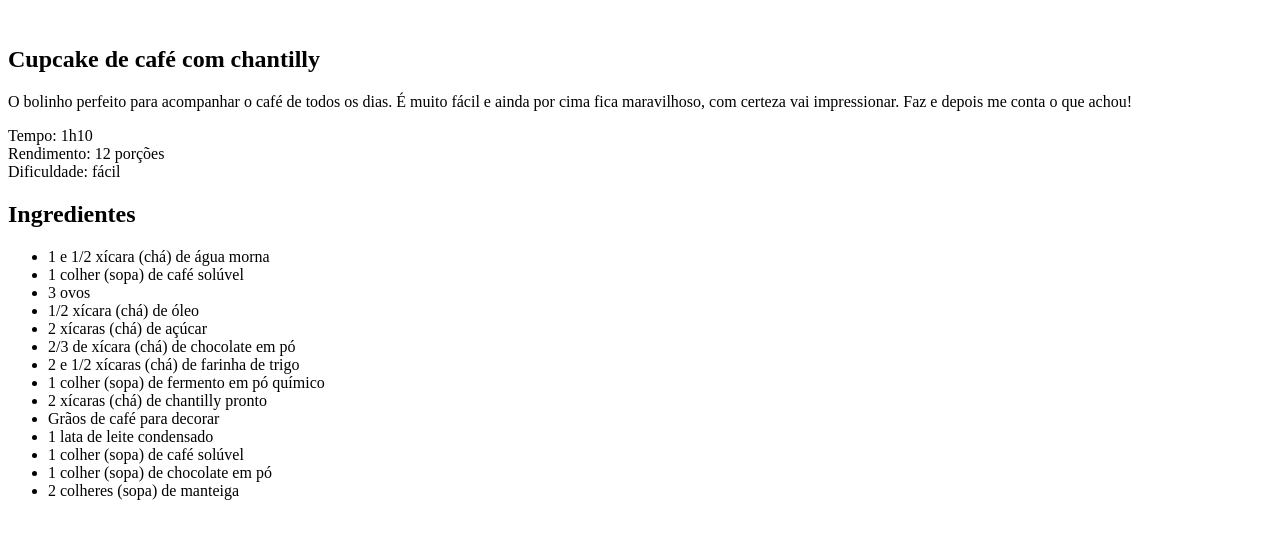
Repository: mati3110/full-stack
Page: Projeto_Receitas/index.html
These files come from the project's save history. The page is drawn as it stood at one moment and after the next save; the edit follows.
The browser window is 1280 px wide. The pictures show the whole page.

Above is the page before, as saved 2025-02-27 14:12:30.

After the next save:
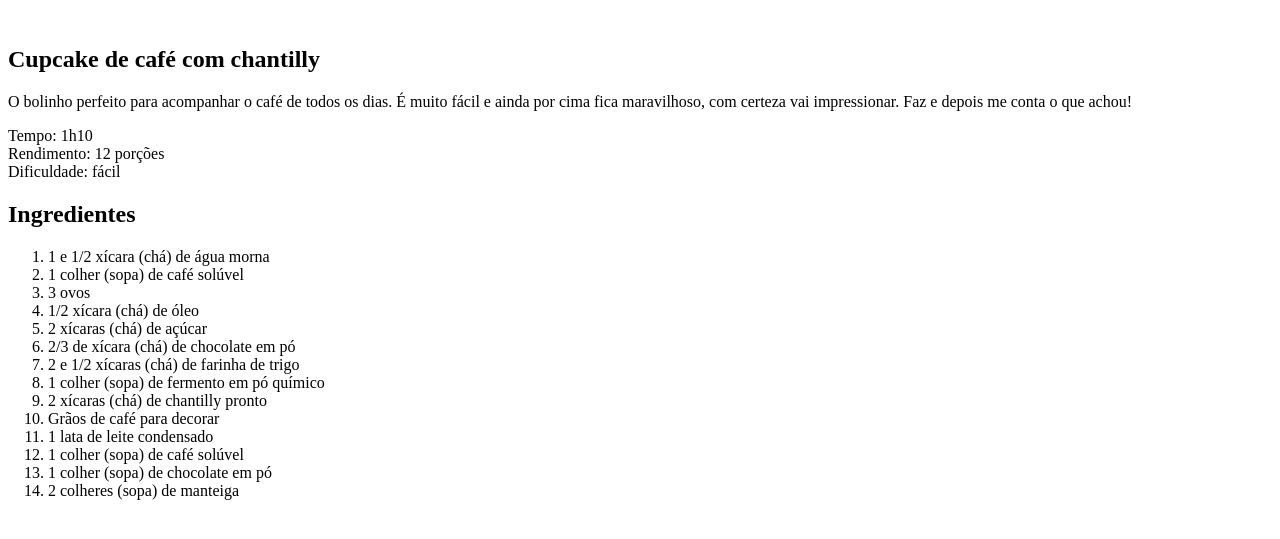
Saved 13 s later.
--- a/Projeto_Receitas/index.html
+++ b/Projeto_Receitas/index.html
@@ -23,7 +23,7 @@
                 </section>
                 <section id="ingredients">
                     <h2>Ingredientes</h2>
-                    <ul>
+                    <ol>
                         <li>1 e 1/2 xícara (chá) de água morna</li>
                         <li>1 colher (sopa) de café solúvel</li>
                         <li>3 ovos</li>
@@ -38,7 +38,7 @@
                         <li>1 colher (sopa) de café solúvel</li>
                         <li>1 colher (sopa) de chocolate em pó</li>
                         <li>2 colheres (sopa) de manteiga </li>
-                    </ul>
+                    </ol>
                 </section>
                 <section id="preparation"></section>
             </main>

After the save that followed:
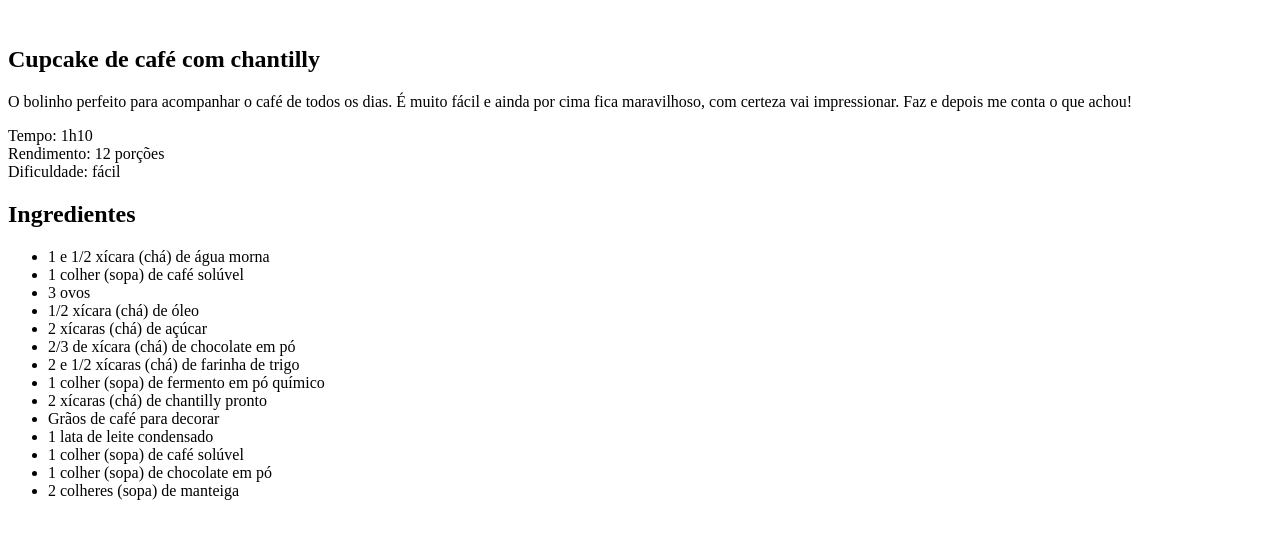
Saved 8 s later.
--- a/Projeto_Receitas/index.html
+++ b/Projeto_Receitas/index.html
@@ -23,7 +23,7 @@
                 </section>
                 <section id="ingredients">
                     <h2>Ingredientes</h2>
-                    <ol>
+                    <ul>
                         <li>1 e 1/2 xícara (chá) de água morna</li>
                         <li>1 colher (sopa) de café solúvel</li>
                         <li>3 ovos</li>
@@ -38,7 +38,7 @@
                         <li>1 colher (sopa) de café solúvel</li>
                         <li>1 colher (sopa) de chocolate em pó</li>
                         <li>2 colheres (sopa) de manteiga </li>
-                    </ol>
+                    </ul>
                 </section>
                 <section id="preparation"></section>
             </main>
